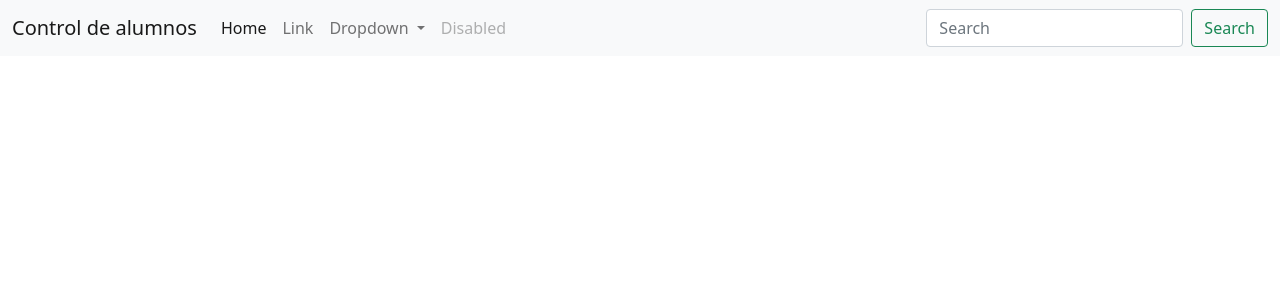
Repository: j0sh-404/control-clases-alumnos
Page: vista/principal/principal.html
These files come from the project's save history. The page is drawn as it stood at one moment and after the next save; the edit follows.
The browser window is 1280 px wide. The pictures show the whole page.

Above is the page before, as saved 2022-07-09 19:48:00.

### vista/principal/principal.html
<!DOCTYPE html>
<html lang="es">
<head>
    <title>Principal</title>
    <meta charset="UTF-8">
    <meta name="title">
    <link href="https://cdn.jsdelivr.net/npm/bootstrap@5.0.2/dist/css/bootstrap.min.css" rel="stylesheet" integrity="sha384-EVSTQN3/azprG1Anm3QDgpJLIm9Nao0Yz1ztcQTwFspd3yD65VohhpuuCOmLASjC" crossorigin="anonymous">
</head>
<body class="fondo">
    <nav class="navbar navbar-expand-lg navbar-light bg-light">
        <div class="container-fluid">
          <a class="navbar-brand" href="#">Control de alumnos</a>
          <button class="navbar-toggler" type="button" data-bs-toggle="collapse" data-bs-target="#navbarSupportedContent" aria-controls="navbarSupportedContent" aria-expanded="false" aria-label="Toggle navigation">
            <span class="navbar-toggler-icon"></span>
          </button>
          <div class="collapse navbar-collapse" id="navbarSupportedContent">
            <ul class="navbar-nav me-auto mb-2 mb-lg-0">
              <li class="nav-item">
                <a class="nav-link active" aria-current="page" href="#">Home</a>
              </li>
              <li class="nav-item">
                <a class="nav-link" href="#">Link</a>
              </li>
              <li class="nav-item dropdown">
                <a class="nav-link dropdown-toggle" href="#" id="navbarDropdown" role="button" data-bs-toggle="dropdown" aria-expanded="false">
                  Dropdown
                </a>
                <ul class="dropdown-menu" aria-labelledby="navbarDropdown">
                  <li><a class="dropdown-item" href="#">Action</a></li>
                  <li><a class="dropdown-item" href="#">Another action</a></li>
                  <li><hr class="dropdown-divider"></li>
                  <li><a class="dropdown-item" href="#">Something else here</a></li>
                </ul>
              </li>
              <li class="nav-item">
                <a class="nav-link disabled" href="#" tabindex="-1" aria-disabled="true">Disabled</a>
              </li>
            </ul>
            <form class="d-flex">
              <input class="form-control me-2" type="search" placeholder="Search" aria-label="Search">
              <button class="btn btn-outline-success" type="submit">Search</button>
            </form>
          </div>
        </div>
      </nav>
      <script src="https://code.jquery.com/jquery-3.6.0.js" integrity="sha256-H+K7U5CnXl1h5ywQfKtSj8PCmoN9aaq30gDh27Xc0jk=" crossorigin="anonymous"></script>
<script src="https://cdn.jsdelivr.net/npm/bootstrap@5.0.2/dist/js/bootstrap.bundle.min.js" integrity="sha384-MrcW6ZMFYlzcLA8Nl+NtUVF0sA7MsXsP1UyJoMp4YLEuNSfAP+JcXn/tWtIaxVXM" crossorigin="anonymous"></script>
</body>
</html>

### vista/principal/principal.css
.fondo{
    background-color: red;
}

After the next save:
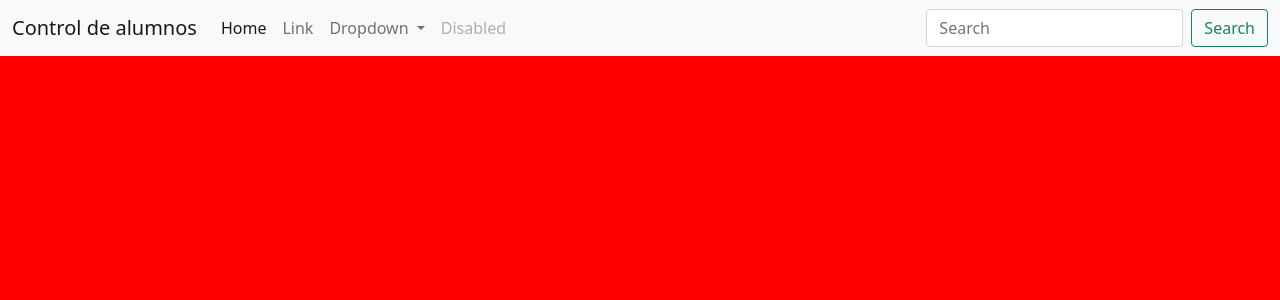
Saved 24 s later.
--- a/vista/principal/principal.html
+++ b/vista/principal/principal.html
@@ -4,6 +4,7 @@
     <title>Principal</title>
     <meta charset="UTF-8">
     <meta name="title">
+    <link rel="stylesheet" href="./principal.css">
     <link href="https://cdn.jsdelivr.net/npm/bootstrap@5.0.2/dist/css/bootstrap.min.css" rel="stylesheet" integrity="sha384-EVSTQN3/azprG1Anm3QDgpJLIm9Nao0Yz1ztcQTwFspd3yD65VohhpuuCOmLASjC" crossorigin="anonymous">
 </head>
 <body class="fondo">
